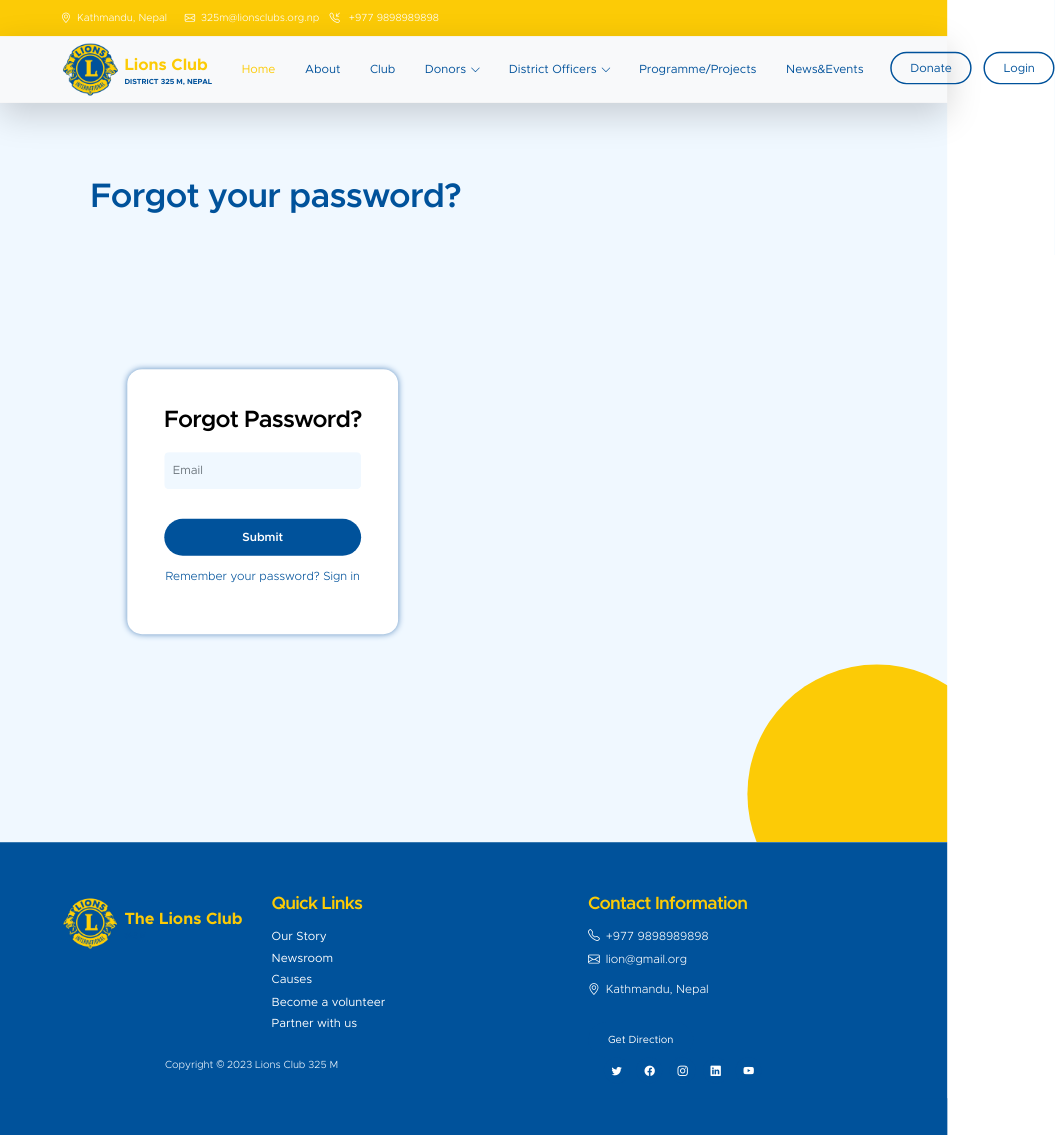
Repository: sandhya8109/Lions
Page: http://localhost/forget.php
The author's editor kept a copy of each file at every save. The page is drawn from the files as they stood at one save, then again after the next save.
The browser window is 1280 px wide. The page is 1425 px wide, so the pictures cover 1425 px, including what lies to the right of the window. The pictures show the whole page, at 74% of full size.
The page is run by PHP 8.4 with error messages shown; the project is at /var/www/html/.

Above is the page before, as saved 2023-06-18 14:04:17.
Console error: TypeError: Cannot read properties of undefined (reading 'top')

### forget.php
<?php include('nav.php')
    ?>
<!--Volunteer start-->
<section class="volunteer-section section-padding" id="section_4" style="background-color:var(--section-bg-color);">
    <div class="container">
        <div class="row">

            <div class="col-lg-6 col-12">
                <h2 class="mb-4" style="color:#00529b; padding-left:40px; ">Forgot your password?</h2>
                <div style="display: flex; justify-content: center; align-items: center; height: 100vh;">
                    <form class="custom-form volunteer-form" action="#" method="post" role="form"
                        style="box-shadow: 0 0 9px rgb(91, 139, 190); max-width: 400px;">
                        <h3 class="mb-4">Forgot Password?</h3>

                        <div class="row">
                            <div class="col-lg-12">
                                <input type="email" name="email" id="email" class="form-control" placeholder="Email"
                                    required>
                            </div>
                        </div>

                        <div class="row mt-3">
                            <div class="col-lg-12">
                                <button type="submit" class="form-control">Submit</button>
                            </div>
                        </div>

                        <div class="row mt-3">
                            <div class="col-lg-12">
                                <p class="text-center">Remember your password? <a href="#">Sign in</a></p>
                            </div>
                        </div>
                    </form>
                </div>


            </div>



        </div>
    </div>
</section>
<!--Login form -->
<?php include('footer.php')
    ?>

### nav.php
<!doctype html>
<html lang="en">

<head>
    <meta charset="utf-8">
    <meta name="viewport" content="width=device-width, initial-scale=1">
    <meta name="description" content="">
    <meta name="author" content="">
    <title>Lions Club International </title>
    <!-- CSS FILES -->
    <link href="css/bootstrap.min.css" rel="stylesheet">
    <link href="css/bootstrap-icons.css" rel="stylesheet">
    <link href="css/styles.css" rel="stylesheet">
</head>

<body id="section_1">

    <header class="site-header">
        <div class="container">
            <div class="row">

                <div class="col-lg-8 col-12 d-flex flex-wrap">
                    <p class="d-flex me-4 mb-0">
                        <i class="bi-geo-alt me-2"></i>
                        Kathmandu, Nepal
                    </p>

                    <p class="d-flex mb-0">
                        <i class="bi-envelope me-2"></i>

                        <a href="mailto:info@company.com">
                            325m@lionsclubs.org.np
                        </a>
                    </p>
                    &nbsp; &nbsp;
                    <p class="d-flex mb-0">
                        <i class="bi bi-telephone-inbound"></i>
                        &nbsp; &nbsp;
                        <a href="tel:+9779898989898">
                            +977 9898989898
                        </a>
                    </p>
                </div>
            </div>
        </div>
    </header>
    <nav class="navbar navbar-expand-lg bg-light shadow-lg">
        <div class="container">

            <a class="navbar-brand" href="index.php">
                <img src="images/logo.png" class="logo img-fluid">
                <span>
                    Lions Club
                    <small>District 325 M, Nepal</small>
                </span>
            </a>
            <button class="navbar-toggler" type="button" data-bs-toggle="collapse" data-bs-target="#navbarNav"
                aria-controls="navbarNav" aria-expanded="false" aria-label="Toggle navigation">
                <span class="navbar-toggler-icon"></span>
            </button>

            <div class="collapse navbar-collapse" id="navbarNav">

                <ul class="navbar-nav ms-auto">
                    <li class="nav-item">
                        <a class="nav-link click-scroll" href="./index.php">Home</a>
                    </li>

                    <li class="nav-item">
                        <a class="nav-link click-scroll" href="./about.php">About</a>
                    </li>

                    <li class="nav-item">
                        <a class="nav-link click-scroll" href="./club.php">Club</a>
                    </li>

                    <li class="nav-item dropdown">
                        <a class="nav-link click-scroll dropdown-toggle" href="#section_5"
                            id="navbarLightDropdownMenuLink" role="button" data-bs-toggle="dropdown"
                            aria-expanded="false">Donors</a>

                        <ul class="dropdown-menu dropdown-menu-light" aria-labelledby="navbarLightDropdownMenuLink">
                            <li><a class="dropdown-item" href="news.php">PMJF</a></li>

                            <li><a class="dropdown-item" href="news-detail.php">MJF</a></li>
                            <li><a class="dropdown-item" href="news-detail.php">Campaign 100</a></li>
                            <li><a class="dropdown-item" href="news-detail.php">Cam 100</a></li>
                        </ul>
                    </li>


                    <li class="nav-item dropdown">
                        <a class="nav-link click-scroll dropdown-toggle" href="#section_5"
                            id="navbarLightDropdownMenuLink" role="button" data-bs-toggle="dropdown"
                            aria-expanded="false">District Officers</a>

                        <ul class="dropdown-menu dropdown-menu-light" aria-labelledby="navbarLightDropdownMenuLink">
                            <li><a class="dropdown-item" href="news.php">Governor Team</a></li>

                            <li><a class="dropdown-item" href="news-detail.php">Advisor Council</a></li>
                            <li><a class="dropdown-item" href="news-detail.php">Coordinators</a></li>
                            <li><a class="dropdown-item" href="news-detail.php">District Committee</a></li>
                            <li><a class="dropdown-item" href="news-detail.php">CC/AC/RC/ZC/DC</a></li>
                        </ul>
                    </li>

                    <li class="nav-item">
                        <a class="nav-link click-scroll" href="#section_9">Programme/Projects</a>
                    </li>
                    <li class="nav-item">
                        <a class="nav-link click-scroll" href="./news.php">News&Events</a>
                    </li>
                    <li class="nav-item ms-3">
                        <a class="nav-link custom-btn custom-border-btn btn" href="donate.php">Donate</a>
                    </li>
                    <li class="nav-item ms-3">
                        <a class="nav-link custom-btn custom-border-btn btn" href="login.php">Login</a>
                    </li>
                </ul>
            </div>
        </div>
    </nav>

### footer.php
<footer class="site-footer">
    <div class="container">
        <div class="row">
            <div class="col-lg-3 col-12 mb-4">
                <a class="navbar-brand" href="index.html">
                    <img src="images/logo.png" class="logo img-fluid" alt="Kind Heart Charity">
                    <span>
                        The Lions Club
                        <small>325 M</small>
                    </span>
                </a>

            </div>

            <div class="col-lg-4 col-md-6 col-12 mb-4">
                <h5 class="site-footer-title mb-3">Quick Links</h5>

                <ul class="footer-menu">
                    <li class="footer-menu-item"><a href="#" class="footer-menu-link">Our Story</a></li>

                    <li class="footer-menu-item"><a href="#" class="footer-menu-link">Newsroom</a></li>

                    <li class="footer-menu-item"><a href="#" class="footer-menu-link">Causes</a></li>

                    <li class="footer-menu-item"><a href="#" class="footer-menu-link">Become a volunteer</a></li>

                    <li class="footer-menu-item"><a href="#" class="footer-menu-link">Partner with us</a></li>
                </ul>
            </div>

            <div class="col-lg-4 col-md-6 col-12 mx-auto">
                <h5 class="site-footer-title mb-3">Contact Information</h5>

                <p class="text-white d-flex mb-2">
                    <i class="bi-telephone me-2"></i>

                    <a href="tel: +977 9898989898" class="site-footer-link">
                        +977 9898989898
                    </a>
                </p>

                <p class="text-white d-flex">
                    <i class="bi-envelope me-2"></i>

                    <a href="mailto:info@yourgmail.com" class="site-footer-link">
                        lion@gmail.org
                    </a>
                </p>

                <p class="text-white d-flex mt-3">
                    <i class="bi-geo-alt me-2"></i>
                    Kathmandu, Nepal
                </p>

                <a href="#" class="custom-btn btn mt-3">Get Direction</a>
            </div>
            <div class="col-lg-6 col-md-7 col-12">
                <p class="copyright-text mb-0">Copyright © 2023 Lions Club 325 M
                </p>
            </div>

            <div class="col-lg-6 col-md-5 col-12 d-flex justify-content-center align-items-center mx-auto">
                <ul class="social-icon">
                    <li class="social-icon-item">
                        <a href="#" class="social-icon-link bi-twitter"></a>
                    </li>

                    <li class="social-icon-item">
                        <a href="#" class="social-icon-link bi-facebook"></a>
                    </li>

                    <li class="social-icon-item">
                        <a href="#" class="social-icon-link bi-instagram"></a>
                    </li>

                    <li class="social-icon-item">
                        <a href="#" class="social-icon-link bi-linkedin"></a>
                    </li>

                    <li class="social-icon-item">
                        <a href="https://youtube.com/templatemo" class="social-icon-link bi-youtube"></a>
                    </li>
                </ul>
            </div>
        </div>
    </div>

    <div class="site-footer-bottom">
        <div class="container">
            <div class="row">



            </div>
        </div>
    </div>
</footer>

<!-- JAVASCRIPT FILES -->
<script src="js/jquery.min.js"></script>
<script src="js/bootstrap.min.js"></script>
<script src="js/jquery.sticky.js"></script>
<script src="js/click-scroll.js"></script>
<script src="js/counter.js"></script>
<script src="js/custom.js"></script>

</body>

</html>

Loaded but not shown: css/bootstrap.min.css (library); css/bootstrap-icons.css (library); js/jquery.min.js (library); js/bootstrap.min.js (library); js/jquery.sticky.js (library); js/custom.js (common file); js/counter.js (89 lines, source omitted); js/click-scroll.js (37 lines, source omitted); css/styles.css (1669 lines, source omitted)

After the next save:
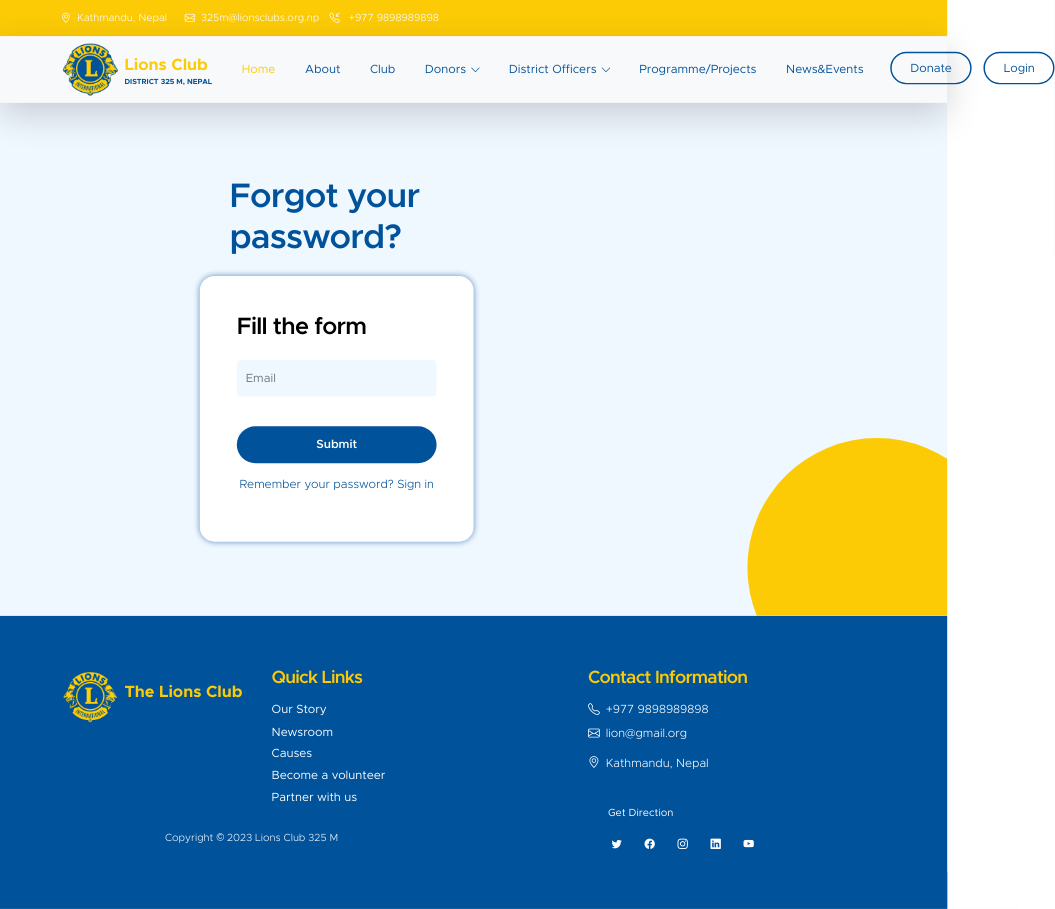
Saved 13 s later.
--- a/forget.php
+++ b/forget.php
@@ -5,33 +5,32 @@
     <div class="container">
         <div class="row">
 
-            <div class="col-lg-6 col-12">
+            <div class="col-lg-6 col-12" style=" padding-left:200px; padding-right:0px;">
                 <h2 class="mb-4" style="color:#00529b; padding-left:40px; ">Forgot your password?</h2>
-                <div style="display: flex; justify-content: center; align-items: center; height: 100vh;">
-                    <form class="custom-form volunteer-form" action="#" method="post" role="form"
-                        style="box-shadow: 0 0 9px rgb(91, 139, 190); max-width: 400px;">
-                        <h3 class="mb-4">Forgot Password?</h3>
+                <form class="custom-form volunteer-form mb-5 mb-lg-0" action="#" method="post" role="form"
+                    style="box-shadow: 0 0 9px rgb(91, 139, 190);">
+                    <h3 class="mb-4">Fill the form</h3>
 
-                        <div class="row">
-                            <div class="col-lg-12">
-                                <input type="email" name="email" id="email" class="form-control" placeholder="Email"
-                                    required>
-                            </div>
+                    <div class="row">
+                        <div class="col-lg-12">
+                            <input type="email" name="email" id="email" class="form-control" placeholder="Email"
+                                required>
                         </div>
+                    </div>
 
-                        <div class="row mt-3">
-                            <div class="col-lg-12">
-                                <button type="submit" class="form-control">Submit</button>
-                            </div>
+                    <div class="row mt-3">
+                        <div class="col-lg-12">
+                            <button type="submit" class="form-control">Submit</button>
                         </div>
+                    </div>
 
-                        <div class="row mt-3">
-                            <div class="col-lg-12">
-                                <p class="text-center">Remember your password? <a href="#">Sign in</a></p>
-                            </div>
+                    <div class="row mt-3">
+                        <div class="col-lg-12">
+                            <p class="text-center">Remember your password? <a href="#">Sign in</a></p>
                         </div>
-                    </form>
-                </div>
+                    </div>
+                </form>
+
 
 
             </div>
